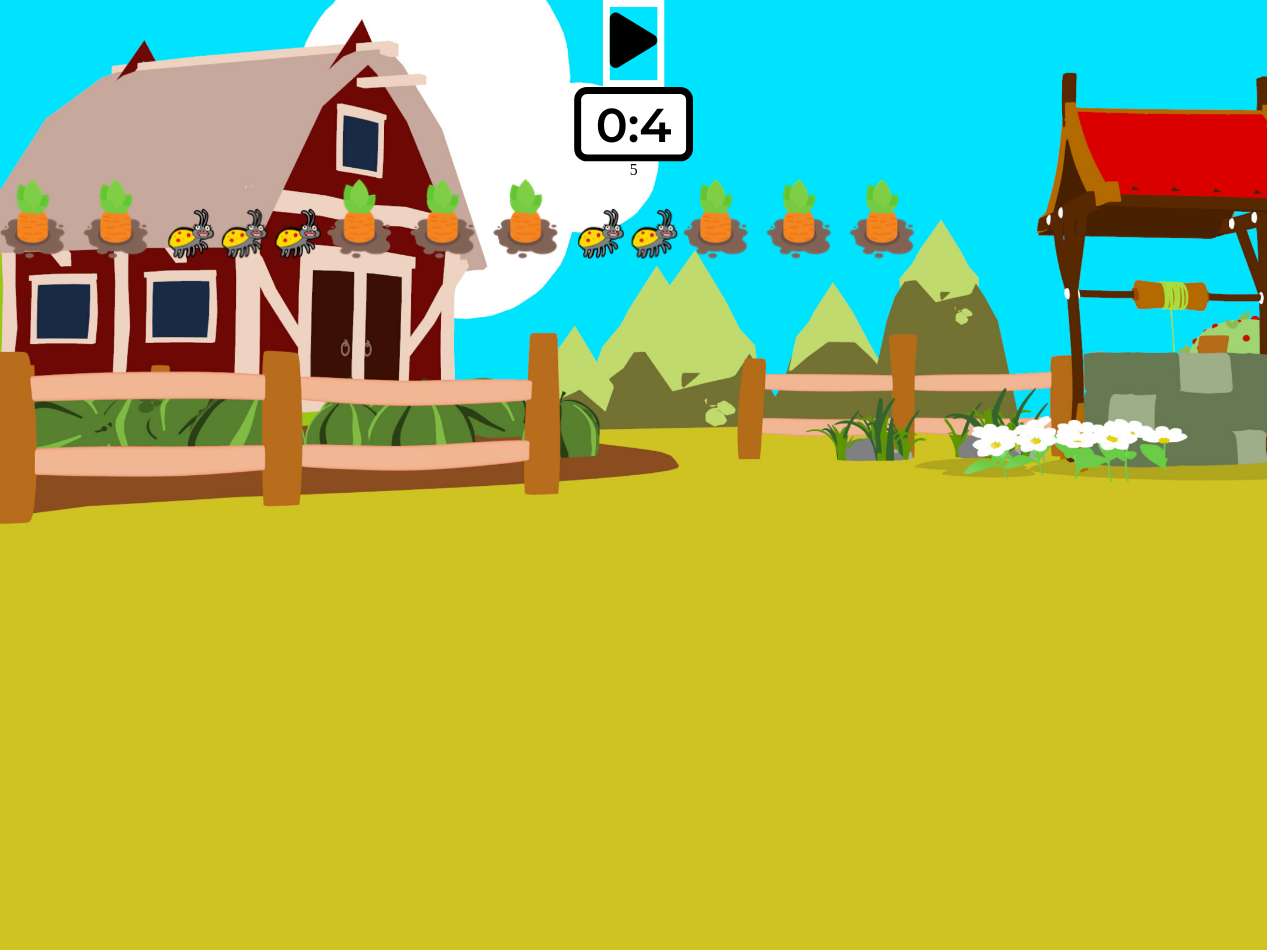
Repository: sephinejo/Mini-carrot-game
Page: index.html
An editor plug-in stored every save of this project. The page is shown before and after a run of saves, followed by the edit.
The browser window is 1280 px wide. The pictures show the whole page, at 99% of full size.
Some web fonts or font styles are not loaded; a fallback is used. Some web libraries are served in a nearby version.

Above is the page before, as saved 2023-05-14 21:31:59.

After the next 2 saves:
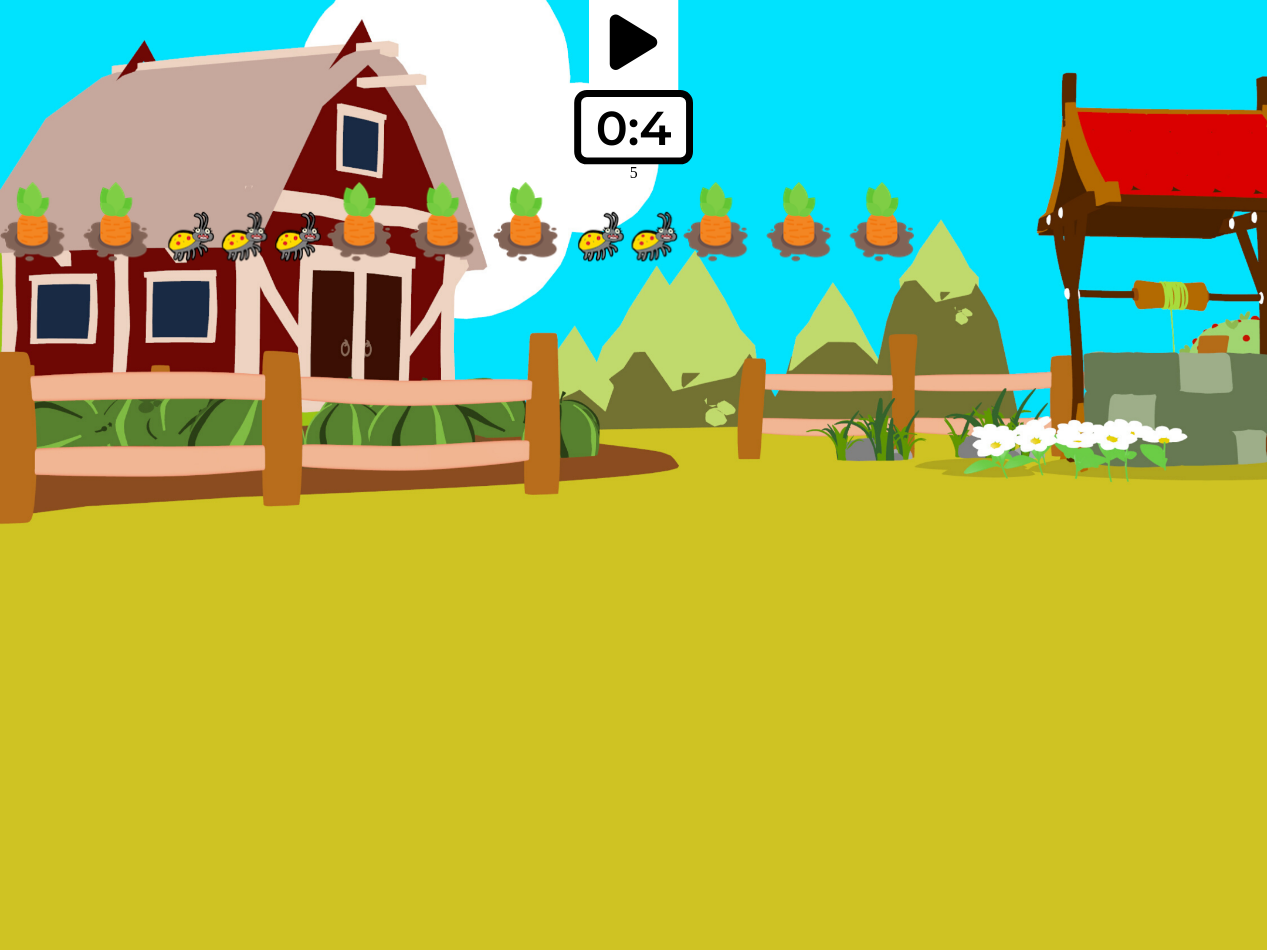
The 2 saves are shown as one change because they came seconds apart.
The last was saved 15 s later.
--- a/style.css
+++ b/style.css
@@ -22,6 +22,8 @@ body {
   font-size: 4rem;
   color: black;
   border: 0.45rem solid white;
+  background-color: white;
+  padding: 0.1rem 0.9rem;
 }
 
 .info__timer {
